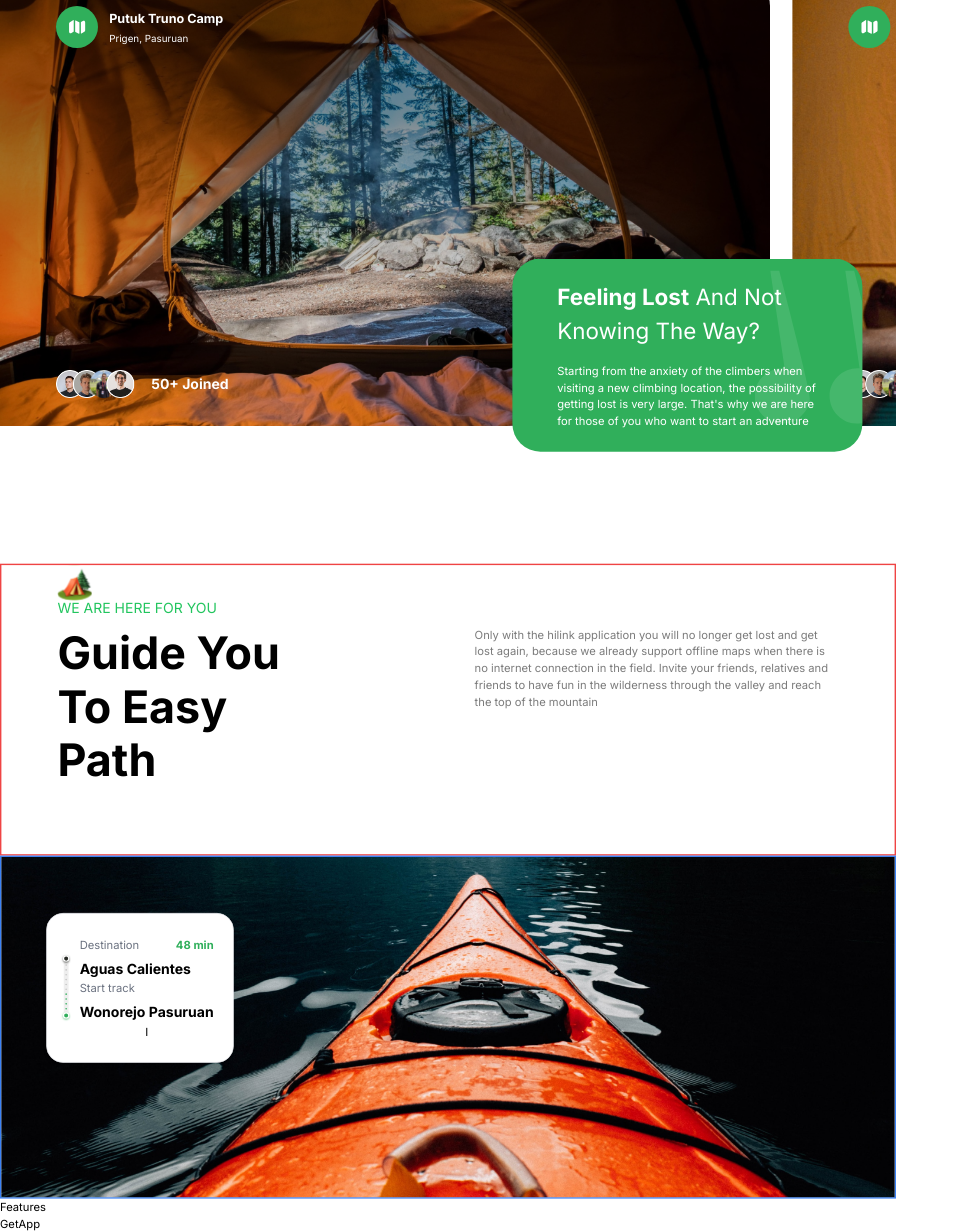
Repository: abdulrahmanmahmood/Travel-App
Page: /
These files come from the project's save history. The page is drawn as it stood at one moment and after the next save; the edit follows.
The browser window is 1280 px wide. The page is 1392 px wide, so the pictures cover 1392 px, including what lies to the right of the window. The pictures show the part of the page from y = 966 to 2726 px (the page is 2726 px tall), at 70% of full size.
The project was rebuilt for these pictures with package versions that can differ from the ones it lists, and the page was loaded fresh each time. The framework's server and built-in components were replaced by stand-ins that run in the browser. Also part of the build but not shown: next.config.js.

Above is the page before, as saved 2023-11-08 11:17:51.

### app/layout.tsx
import './globals.css'
import type { Metadata } from 'next';
import './globals.css'
import Navbar from '@/components/Navbar';


export const metadata: Metadata = {
  title: 'Travel',
  description: 'Travel UI/UX App for camping',
}

export default function RootLayout({
  children,
}: {
  children: React.ReactNode
}) {
  return (
    <html lang="en">
      <body >
        <Navbar/>
        {children}
      </body>
    </html>
  )
}

### app/page.tsx
import Features from "@/components/Features"
import GetApp from "@/components/GetApp"
import Guide from "@/components/Guide"
import Hero from "@/components/Hero"
import Camp from "@/components/camp"

export default function Home() {
  return (
    <>
    <Hero/>
    <Camp/>
    <Guide/>
    <Features/>
    <GetApp/>
 </>
  )
}

### components/Navbar.tsx
import { NAV_LINKS } from "@/constants";
import Image from "next/image";
import Link from "next/link";
import Button from "./Button";

const Navbar = () => {
  return (
    <nav
      className=" flexBetween max-container padding-container relative z-30
    py-5"
    >
      <Link href="/">
        <Image src="/hilink-logo.svg" alt="logo" width={74} height={28} />
      </Link>
      <ul className="hidden h-full gap-12 lg:flex">
        {NAV_LINKS.map((link) => (
          <Link
            href={link.href}
            key={link.key}
            className="regular-16 text-gray-50 flexCenter cursor-pointer pb-1.5 transition-all hover:font-bold"
          >
            {link.label}
          </Link>
        ))}
      </ul>
      <div className="lg:flexCenter  hidden ">
        <Button
          type="button"
          title="Login"
          icon="/user.svg"
          variant="btn_dark_green"
        />
      </div>
      <Image
        src="/menu.svg"
        alt="menu"
        width={32}
        height={32}
        className="inline-block cursor-pointer lg:hidden"
      />
    </nav>
  );
};

export default Navbar;

### components/Features.tsx


function Features() {
  return (
    <div>Features</div>
  )
}

export default Features

### components/GetApp.tsx


function GetApp() {
  return (
    <div>GetApp</div>
  )
}

export default GetApp

### components/Guide.tsx
import Image from "next/image";

function Guide() {
  return (
    <section className="flexCenter flex-col">
      <div className="border-2 border-red-500 padding-container max-container w-full pb-24  ">
        <Image src="/camp.svg" alt="camp" width={50} height={50} />
        <p className="uppercase text-xl bold text-green-500 -mt-1 mb-3 ">
          WE ARE here FOR YOU
        </p>
        <div className="flex flex-wrap justify-between gap-5 lg:gap-10">
          <h2 className="capitalize  bold-40 lg:bold-64 xl:max-w-[390px]">
            Guide You to Easy Path
          </h2>
          <p className=" regular-16 text-gray-30 xl:max-w-[520px]">
            Only with the hilink application you will no longer get lost and get
            lost again, because we already support offline maps when there is no
            internet connection in the field. Invite your friends, relatives and
            friends to have fun in the wilderness through the valley and reach
            the top of the mountain
          </p>
        </div>
      </div>
      <div className=" flexCenter max-container relative w-full border-2 border-blue-500 ">
        <Image
          src="/boat.png"
          alt="image"
          width={1440}
          height={580}
          className="w-full object-cover object-center 2xl:rounded-5"
        />
        <div className="absolute flex bg-white py-8 pl-5 pr-7 gap-3 rounded-3xl border shadow-md md:left-[5%] lg:top-20">
          <Image src='/meter.svg' alt="meter" width={15} height={158} className=""/>
          <div className="flexBetween flex-col ">
            <div className="flex w-full flex-col">
              <div className="flexBetween w-full ">
                <p className="regular-16 text-gray-500">Destination</p>
                <p className="bold-16 text-green-50">48 min</p>
              </div>
              <p className="bold-20 mt-2 ">Aguas Calientes</p>
            </div>
            <div className="flex w-full flex-col">
              <p className="regular-16 text-gray-500">Start track</p>
              <h4 className="bold-20 mt-2 whitespace-nowrap">Wonorejo Pasuruan</h4>
            </div>
          I</div>
        </div>
      </div>
    </section>
  );
}

export default Guide;

### components/Hero.tsx
import Image from "next/image";
import Button from "./Button";

function Hero() {
  return (
    <section
      className="max-container padding-container flex flex-col gap-20
    py-10 pb-32 md:gap-27 lg:py-20  xl:flex-row"
    >
      <div className="hero-map" />
      {/* LEFT */}
      <div className="relative z-20 flex flex-1 flex-col xl:w-1/2">
        <Image
          src="/camp.svg"
          alt="camp"
          width={50}
          height={50}
          className="absolute left-[-5px] top-[-30px] w-10 lg:w-[50px]"
        />
        <h1 className="bold-52 lg:bold-88">Putuk Truno Camp Area</h1>
        <p className="regular-16 mt-6 text-gray-30 xl:max-w-[520px]">
          We want to be on each of your journeys seeking the satisfaction of
          seeing the incorruptible beauty of nature. We can help you on an
          adventure around the world in just one app
        </p>
        <div className="my-11 flex flex-wrap gap-5">
          <div className="flex items-center gap-2">
            {Array(5)
              .fill(1)
              .map((_, index) => (
                <Image
                  key={index}
                  src="/star.svg"
                  alt="star"
                  width={24}
                  height={24}
                />
              ))}
          </div>
          <p className="bold-16 lg:bold-20 text-blue-70">
            198k
            <span className="regular-16 lg:regular-20 ml-1 ">
              Excellent Reviews
            </span>
          </p>
        </div>
        <div className="flex flex-col w-full gap-3 sm:flex-row">
          <Button
            type={"button"}
            title={"Download App"}
            variant={"btn_green"}
          />
          <Button
            type={"button"}
            title={"How we work?"}
            variant={"btn_white_text"}
            icon="/play.svg"
          />
        </div>
      </div>
      <div className="relative flex flex-1 items-start ">
        <div className="relative z-20 w-[268px] flex-col gap-8 rounded-3xl bg-green-90 px-7 py-8">


          <div className="fle flex-col">

            <div className="flexBetween">
              <p className="regular-16 text-gray-20">Location</p>
              <Image src="/close.svg" alt="close" width={24} height={24} />
            </div>
            <p className="bold-20 text-white">Aguas Calientes</p>


          </div>


          <div className="flexBetween  pt-4">
            <div className="flex flex-col">
              <p className="regular-16 block text-gray-20">Distance</p>
              <p className="bold-20 text-white">173.28 mi</p>
            </div>
            <div className="flex flex-col">
              <p className="regular-16 block text-gray-20">Elevation</p>
              <p className="bold-20 text-white">2.040 km</p>
            </div>
          </div>
        </div>
      </div>
    </section>
  );
}

export default Hero;

### components/camp.tsx
import { PEOPLE_URL } from "@/constants";
import Image from "next/image";
import { type } from "os";

interface CampProps {
  backgroundImage: string;
  title: string;
  subtitle: string;
  peoplejoined: string;
}

const CampSite = ({
  backgroundImage,
  title,
  subtitle,
  peoplejoined,
}: CampProps) => {
  return (
    <div
      className={`h-full w-full min-w-[1100px] ${backgroundImage} bg-cover bg-no-repeat lg:rounded-r-5xl 2xl:rounded-5xl `}
    >
      <div className="flex h-full flex-col items-start justify-between p-6 lg:px-20 lg:py-10 ">
        <div className=" flexCenter gap-4">
          <div className="rounded-full bg-green-50 p-4">
            <Image src="/folded-map.svg" alt="folded" height={28} width={28} />
          </div>
          <div className="flex flex-col gap-1">
            <h4 className="bold-18 text-white">{title}</h4>
            <p className="regular-14 text-white">{subtitle}</p>
          </div>
        </div>
        <div className="flexCenter gap-6 ">
          <span className="flex -space-x-4 overflow-hidden">
            {PEOPLE_URL.map((url, index) => (
              <Image
                src={url}
                key={index}
                height={53}
                width={53}
                alt="alt"
                className="inline-block h-10 w-10 r-4"
              />
            ))}
          </span>
          <p className="bold-16 md:bold-20 text-white">{peoplejoined}</p>
        </div>
      </div>
    </div>
  );
};

function camp() {
  return (
    <section className=" 2xl:max-container relative flex flex-col py-10 lg-mb-10 lg:py-20 xl:mb-20">
      <div className="hide-scrollbar flex h-[340px] w-full items-start justify-start gap-8 overflow-x-auto lg:h[400px] xl:h-[640px]">
        <CampSite
          backgroundImage="bg-bg-img-1"
          title="Putuk Truno Camp"
          subtitle="Prigen, Pasuruan"
          peoplejoined="50+ Joined"
        />
        <CampSite
          backgroundImage="bg-bg-img-2"
          title="Mountain View Camp"
          subtitle="Somewhere in the Wilderness"
          peoplejoined="50+ Joined"
        />
      </div>

      <div className=" flexEnd  mt-10 px-6 lg:-mt-60 lg:mr-6 ">
        <div
          className="bg-green-50 p-8 lg:max-w-[500px] xl:max-[734px]
        xl:rounded-5xl xl:px-16 px:py-20 relative w-full overflow-hidden rounded-3xl "
        >
          <h2 className="regular-24 md:regular-32 2xl:regular-64 text-white capitalize">
            <strong>Feeling Lost</strong> And Not Knowing The Way?
          </h2>
          <p className="regular-14 xl:regular-16 mt-5 text-white">
            Starting from the anxiety of the climbers when visiting a new
            climbing location, the possibility of getting lost is very large.
            That's why we are here for those of you who want to start an
            adventure
          </p>
          <Image src='/quote.svg'
          alt="camp-2"
          width={186}
          height={219}
          className="camp-quote"
          />
        </div>
      </div>
    </section>
  );
}

export default camp;

### constants/index.ts
export const NAV_LINKS = [
  {href:"/", key:"home", label:"home"},
  { href: '/', key: 'how_hilink_work', label: 'How Hilink Work?' },
  { href: '/', key: 'services', label: 'Services' },
  { href: '/', key: 'pricing ', label: 'Pricing ' },
  { href: '/', key: 'contact_us', label: 'Contact Us' },
]

export const PEOPLE_URL = [
  '/person-1.png',
  '/person-2.png',
  '/acpc-modified (1).png',
  '/person-4.png',
];

### components/Button.tsx
import Image from "next/image";

type ButtonProps = {
  type: "button" | "submit";
  title: string;
  icon?: string;
  variant: string;
};

function Button({ type, title, icon, variant }: ButtonProps) {
  return (
    <button
      type={type}
      className={`flexCenter gap-3 rounded-full border ${variant}`}
    >
      {icon && <Image src={icon} alt={title} width={24} height={24} />}
      <label className="bold-16 whitespace-nowrap">{title}</label>
    </button>
  );
}

export default Button;

Loaded but not shown: app/globals.css (common file); tailwind.config.ts (common file)

After the next save:
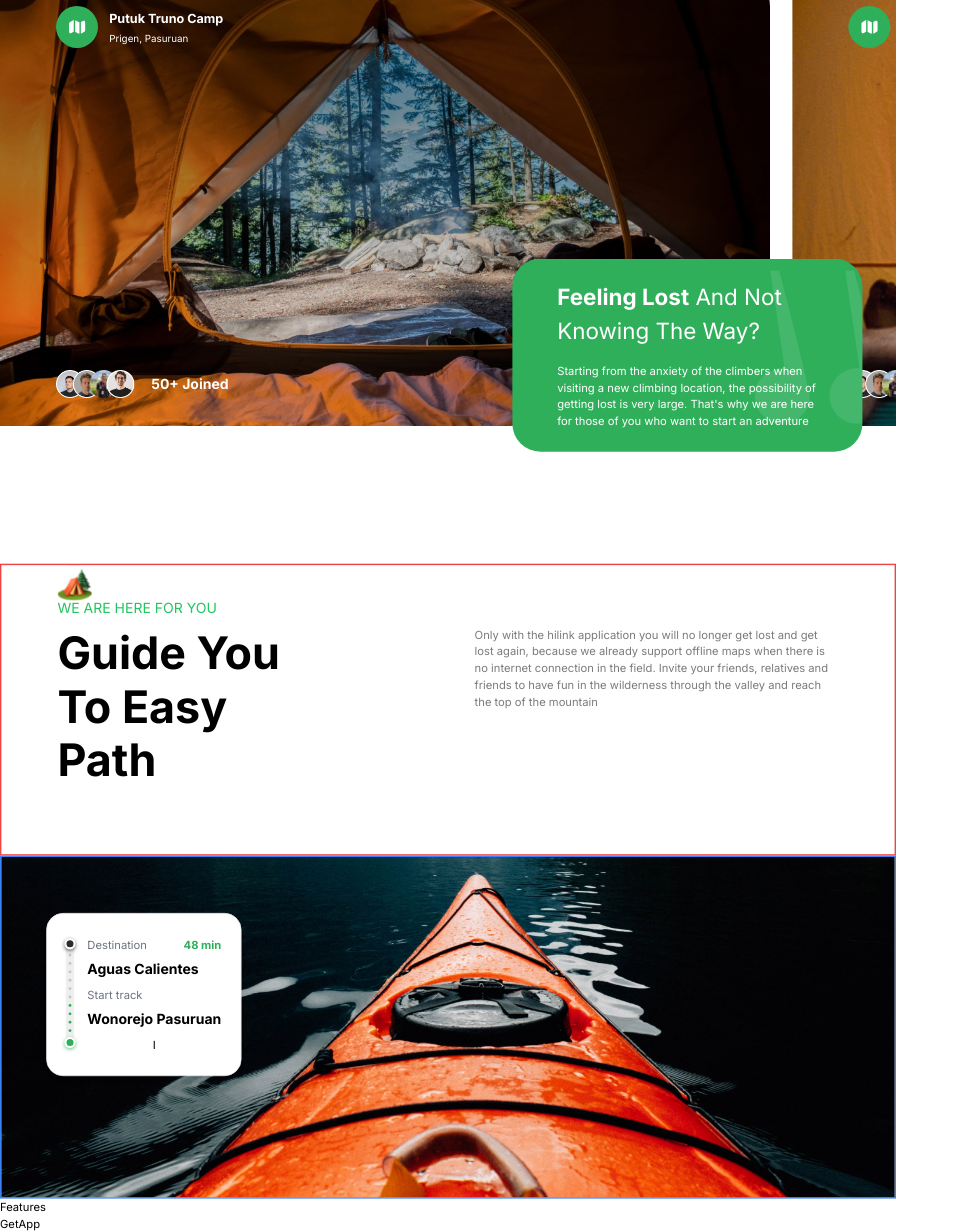
Saved 8 s later.
--- a/components/Guide.tsx
+++ b/components/Guide.tsx
@@ -30,7 +30,7 @@ function Guide() {
           className="w-full object-cover object-center 2xl:rounded-5"
         />
         <div className="absolute flex bg-white py-8 pl-5 pr-7 gap-3 rounded-3xl border shadow-md md:left-[5%] lg:top-20">
-          <Image src='/meter.svg' alt="meter" width={15} height={158} className=""/>
+          <Image src='/meter.svg' alt="meter" width={15} height={158} className="h-full w-auto"/>
           <div className="flexBetween flex-col ">
             <div className="flex w-full flex-col">
               <div className="flexBetween w-full ">
